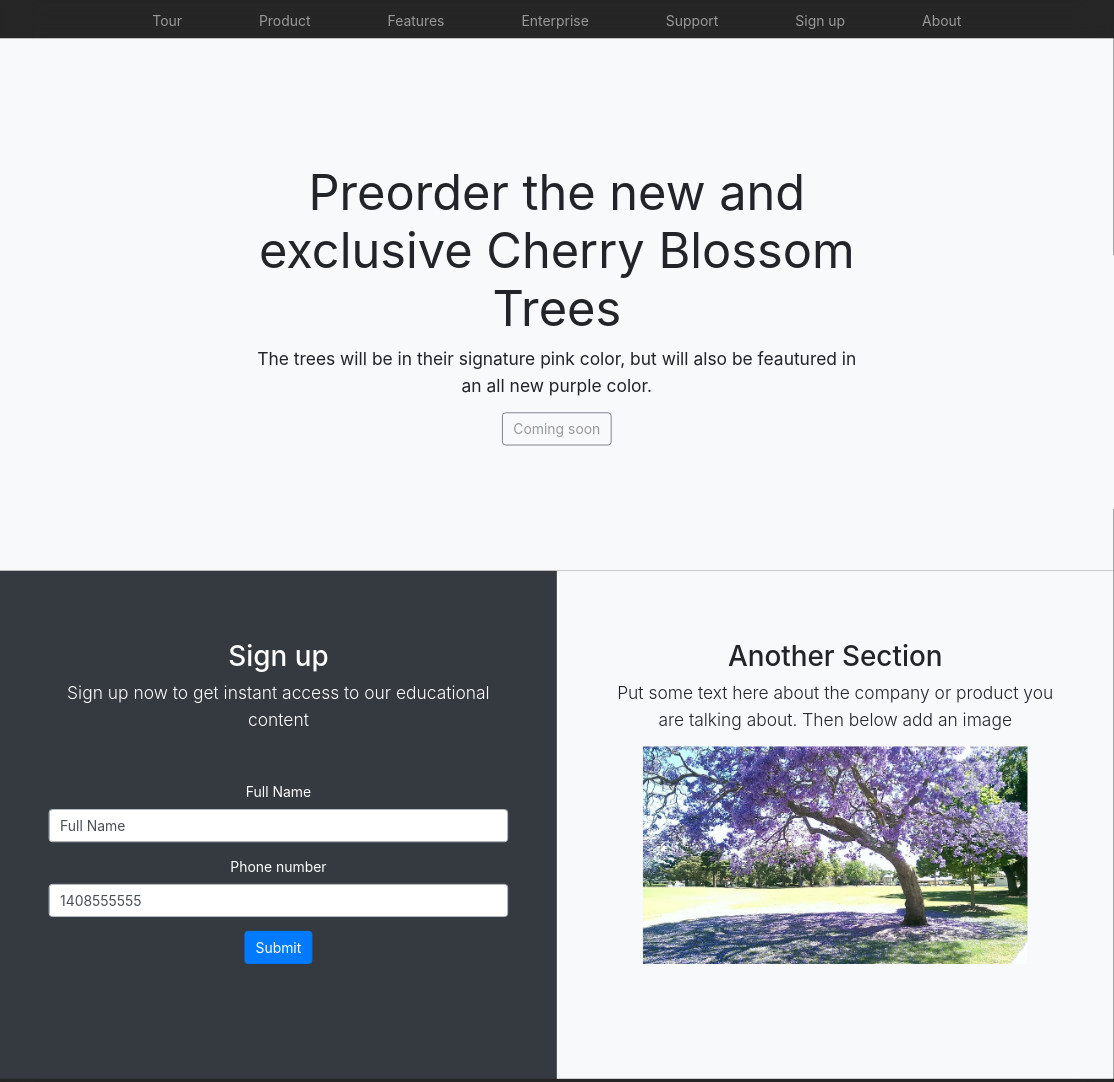
Repository: guadalupenapoles/GuadalupeNapoles-Resume
Page: LearnCS8-Twilio/index.html
The author's editor kept a record of every edit. The page is drawn from the files as they stood at one moment, then again after the next edit.
The browser window is 1280 px wide. The pictures show the whole page, at 87% of full size.

Above is the page before.

After the next edit:
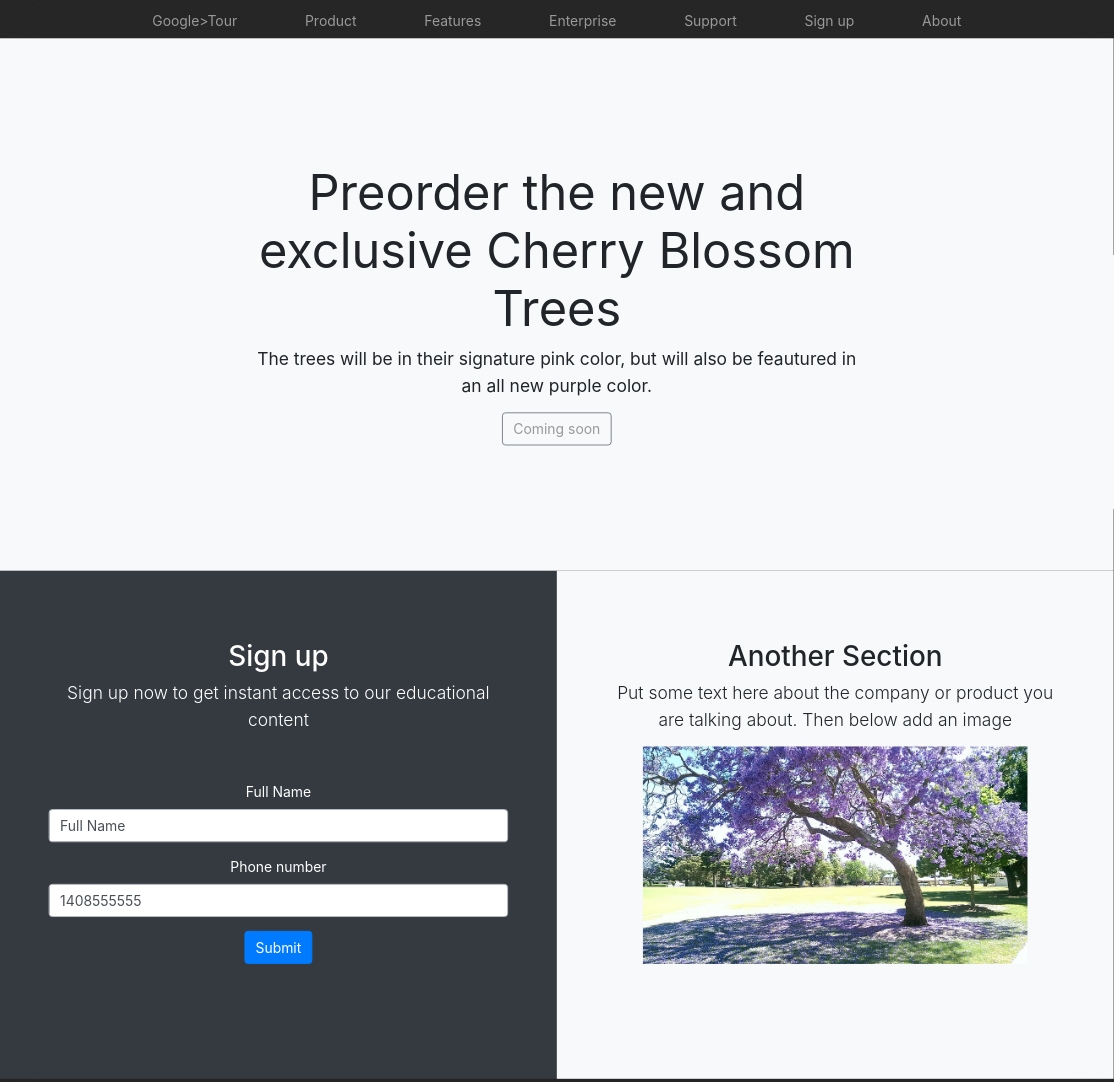
The edit:
--- a/LearnCS8-Twilio/index.html
+++ b/LearnCS8-Twilio/index.html
@@ -18,13 +18,13 @@
     <nav class="site-header sticky-top py-1">
     <!-- Top Menu Bar -->
     <div class="container d-flex flex-column flex-md-row justify-content-between">
-        <a class="py-2 d-none d-md-inline-block" id="menu-item-1" href="#https://google.com">Tour</a>
-        <a class="py-2 d-none d-md-inline-block" id="menu-item-2" href="https://ibighit.com/">Product</a>
-        <a class="py-2 d-none d-md-inline-block" id="menu-item-3" href="https://www.youtube.com">Features</a>
-        <a class="py-2 d-none d-md-inline-block" id="menu-item-4" href="https://www.walmart.com/">Enterprise</a>
-        <a class="py-2 d-none d-md-inline-block" id="menu-item-5" href="https://www.michaels.com/">Support</a>
-        <a class="py-2 d-none d-md-inline-block" id="menu-item-6" href="https://www.target.com/">Sign up</a>
-        <a class="py-2 d-none d-md-inline-block" id="menu-item-7" href="https://www.gucci.com/us/en/">About</a>
+        <a class="py-2 d-none d-md-inline-block" id="menu-item-1" href="#https://google.com" target="_blank">Google>Tour</a>
+        <a class="py-2 d-none d-md-inline-block" id="menu-item-2" href="https://ibighit.com/" target="_blank">Product</a>
+        <a class="py-2 d-none d-md-inline-block" id="menu-item-3" href="https://www.youtube.com" target="_blank">Features</a>
+        <a class="py-2 d-none d-md-inline-block" id="menu-item-4" href="https://www.walmart.com/" target="_blank">Enterprise</a>
+        <a class="py-2 d-none d-md-inline-block" id="menu-item-5" href="https://www.michaels.com/" target="_blank">Support</a>
+        <a class="py-2 d-none d-md-inline-block" id="menu-item-6" href="https://www.target.com/" target="_blank">Sign up</a>
+        <a class="py-2 d-none d-md-inline-block" id="menu-item-7" href="https://www.gucci.com/us/en/" target="_blank">About</a>
     </div>
 </nav>
 <!-- Main Header Section h1-->
